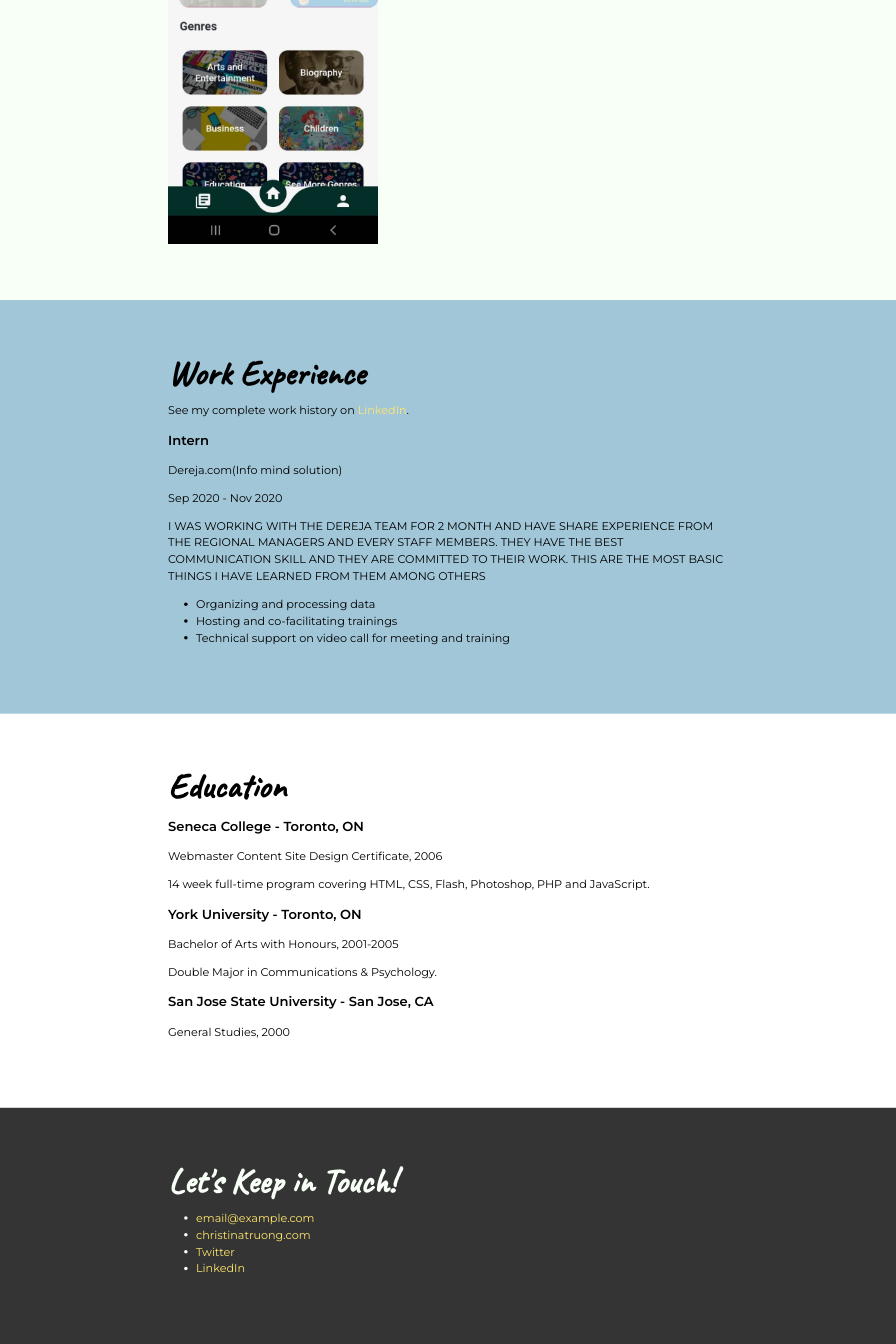
Repository: Aklilegetachew/my-Portfolio
Page: index.html
An editor plug-in stored every save of this project. The page is shown before and after the next save, followed by the edit.
The browser window is 1280 px wide. The pictures show the part of the page from y = 982 to 2902 px (the page is 2902 px tall before and 2878 px after), at 70% of full size.

Above is the page before, as saved 2021-11-23 17:14:45.

### index.html
<!DOCTYPE html>
<html lang="en">
  <head>
    <meta charset="UTF-8">
    <meta name="viewport" content="width=device-width, initial-scale=1.0">
    <title>Aklile Getachew, Software Engineer</title>
     <link href="https://fonts.googleapis.com/css?family=Caveat|Montserrat:400,600&display=swap" rel="stylesheet">
    <link rel="stylesheet" href="css/styles.css">
  </head>
  <body>
    <main>
      <!-- ***********************  ABOUT / PROFILE  *********************** -->
      <header>
        <div class="content-wrap">
          <h1>Aklile Getachew</h1>
          <h2>Software Developer + Graphics Designer</h2>

          <p>Motivated software engineering graduate and technology enthusiast seeking
            to pursue an opportunity with a growing organization that will utilize and
            enhance my knowledge in software development or Information Technology</p>
          <p>I’m also exploring more creative pursuits on Graphic designing </p>
        </div>
      </header>

      <!-- ********************  PROJECTS / PORTFOLIO  ********************* -->
      <section class="projects">
        <div class="content-wrap divider">
          <h2>Featured Projects</h2>
          <p>View selected projects below. More information can be found at <a href="http://christinatruong.com">my gitlab account. </a>.</p>

          <!-- Project 1 -->
          <section class="project-item">
            <img src="images/brana-home.jpg" alt="brana-home-page">
            <h3>Brana Mobile application</h3>
            <p>Brana Audiobook Purchasing Application will provide audio books in different local languages
              for different target groups. Our application will provide book for students, readers, scientist,
              engineers, and researchers. This audio books will be from different category and with different
              genre to address most of the social groups.</p>
            <a class="btn" href="https://gitlab.com/bisrathailu793/brana/-/tree/master" target="_blank">See on Gitlab </a>
          </section>

          <!-- Project 2
          <section class="project-item">
            <img src="images/project-women-tech.jpg" alt="website thumbnail">
            <h3>Women&&Tech</h3>
            <p>Women&&Tech was launched in 2012 to feature interviews with different women working in the tech industry. I became familiar with them when I was invited to be one of the interviewees! A few years later, I joined the team and helped with the relaunch of the site as the front-end architect.</p>
            <a class="btn" href="http://christinatruong.com/projects/women-and-tech-redesign.html" target="_blank">View the case study</a>
          </section>

           Project 3
          <section class="project-item">
            <img src="images/project-wire-ipsum.jpg" alt="website thumbnail">
            <h3>The Wire Ipsum</h3>
            <p>After coming back from teaching a JavaScript workshop, I felt inspired to create something just for fun. I realized that of all the content/lorem ipsum generators available, there was nothing for HBO’s The Wire fans. I searched for <a href="http://thewireipsum.com" target="_blank">thewireipsum.com</a> domain and it was available! Generate some content for your projects today.</p>
            <a class="btn" href="http://thewireipsum.com" target="_blank">View live site</a>
          </section>-->
        </div>
      </section>

      <!-- ***********************  WORK EXPERIENCE  *********************** -->
      <section class="work-experience">
        <div class="content-wrap divider">
          <h2>Work Experience</h2>
          <p>See my complete work history on <a href="https://www.linkedin.com/in/aklile-getachew-673050181/">LinkedIn</a>.</p>

          <!-- Job 1 -->
          <section class="job-item">
            <div class="job-details">
              <h3>Intern</h3>
              <p>Dereja.com(Info mind solution) </p>
              <p>Sep 2020 - Nov 2020</p>
            </div>
            <div class="job-summary">
              <p>I WAS WORKING WITH THE DEREJA TEAM FOR 2 MONTH AND HAVE
                SHARE EXPERIENCE FROM THE REGIONAL MANAGERS AND EVERY
                STAFF MEMBERS. THEY HAVE THE BEST COMMUNICATION SKILL
                AND THEY ARE COMMITTED TO THEIR WORK. THIS ARE THE MOST
                BASIC THINGS I HAVE LEARNED FROM THEM AMONG OTHERS</p>
              <ul>
                <li>Organizing and processing data</li>
                <li>Hosting and co-facilitating trainings</li>
                <li>Technical support on video call for meeting and training</li>
              </ul>
            </div>
          </section>
        </div>
      </section>

      <!-- ******************  EDUCATION & CERTIFICATIONS ****************** -->
      <section class="education item-details">
        <div class="content-wrap">
          <h2>Education</h2>

          <section>
            <h3>Seneca College - Toronto, ON</h3>
            <p>Webmaster Content Site Design Certificate, 2006</p>
            <p>14 week full-time program covering HTML, CSS, Flash, Photoshop, PHP and JavaScript.</p>
          </section>

          <section>
            <h3>York University - Toronto, ON</h3>
            <p>Bachelor of Arts with Honours, 2001-2005</p>
            <p>Double Major in Communications & Psychology.</p>
          </section>

          <section>
            <h3>San Jose State University - San Jose, CA</h3>
            <p>General Studies, 2000</p>
          </section>
        </div>
      </section>

      <!-- *****************  CONTACT INFO / SOCIAL MEDIA  ***************** -->
      <footer>
        <div class="content-wrap">
          <h2>Let's Keep in Touch!</h2>

          <!-- Social media and contact links. Add or remove any networks. -->
          <ul class="contact-list">
            <li><a href="mailto:email@example.com">email@example.com</a></li>
            <li><a href="http://christinatruong.com" target="_blank">christinatruong.com</a></li>
            <li><a href="http://twitter.com/christinatruong" target="_blank">Twitter</a></li>
            <li><a href="#" target="_blank">LinkedIn</a></li>
          </ul>
        </div>
      </footer>
    </main>
  </body>
</html>

### css/styles.css
/*
COLOR PALETTE
https://coolors.co/f7fff7-343434-2f3061-ffe66d-a1c6d7
#F7FFF7 - almost white
#343434 - dark gray - almost black
#2F3061 - blue dark
#FFE66D - yellow
#A1C6D7 - blue light
*/

/* global
======================================================*/
img{
    width: 300px;
    height: 640px;
}
a{
    color: #FFE66D ;
    text-decoration: none;
}
body{
    margin: 0;
    padding: 0;
    font-family: 'Montserrat', sans-serif;
    line-height: 1.5em;
}
h1{
    font-size: 90px;
    margin: 0;

}
h2{
    margin: 0;
    font-size: 50px;
}
h1, h2 {
    font-family: 'Caveat', cursive;
    line-height: 1em;
}
.content-wrap{
    width: 800px;
    margin: 0 auto;
    padding: 80px 0;
}

/* Heading
======================================================*/
header{
    background-color: #2F3061 ;
    color: #F7FFF7;
}



/* projects
======================================================*/

.projects{
    background-color: #F7FFF7 ;

}

.project-item{
    clear: both;
    margin-top: 60px;
    display: inline-block;
}
.project-item h3{
    margin-top: 0;
}

.project-item img{
    float: left;
    margin-right: 20px;
    width: 300px;
    height: 640px;
}

.projects a{
    color: #343434 ;

}
.projects .btn{
    color: #F7FFF7;
    background-color: #2F3061;
    text-decoration: none;
    padding: 8px;
    border-radius: 4px;
    display: inline-block;
}

/* Work experiance
=======================================================*/
.work-experience{
    background-color: #A1C6D7;

}

/* footer
=======================================================*/
footer{
    background-color: #343434 ;
    color: #F7FFF7;
}

After the next save:
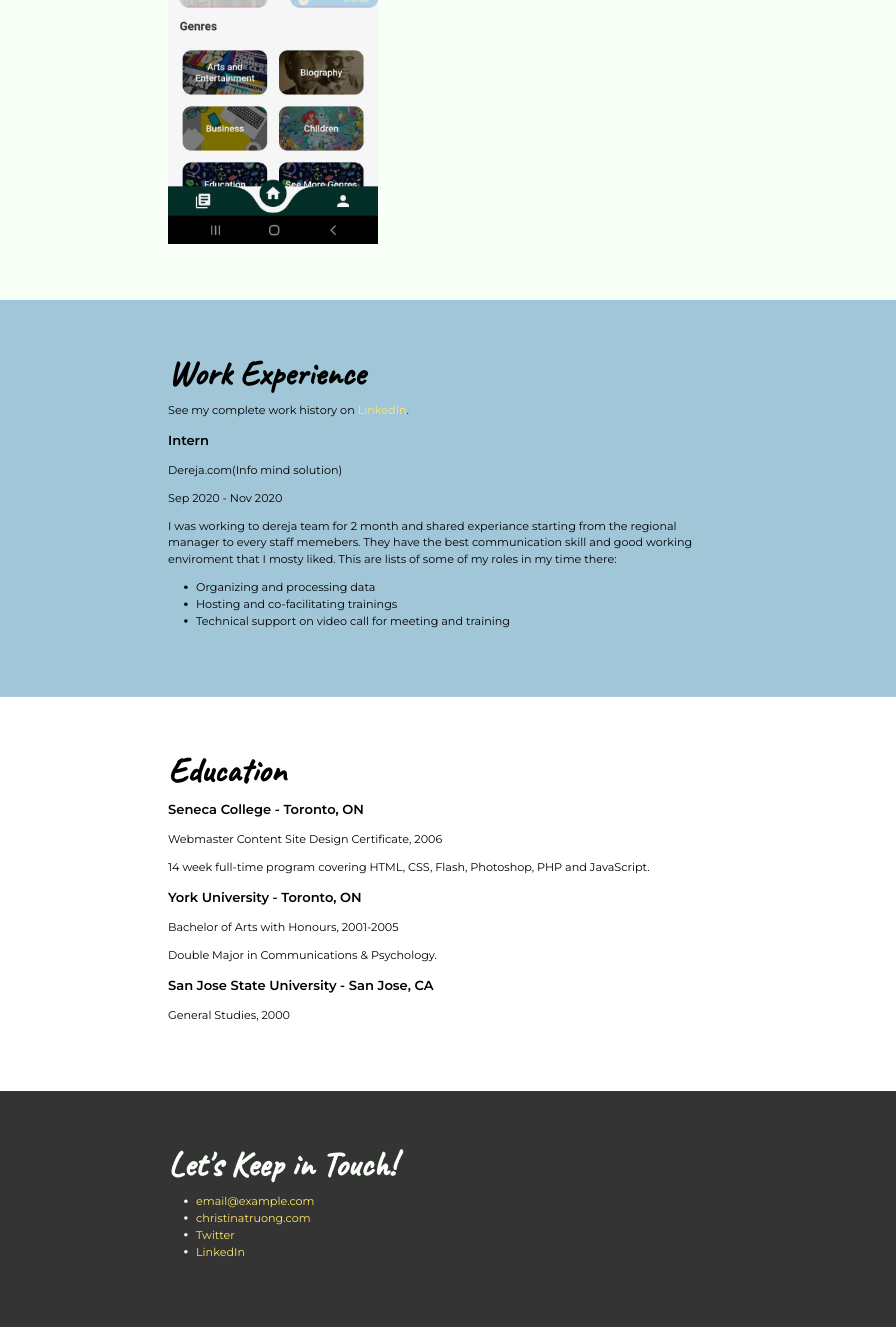
Saved 9 min 22 s later.
--- a/index.html
+++ b/index.html
@@ -71,11 +71,7 @@
               <p>Sep 2020 - Nov 2020</p>
             </div>
             <div class="job-summary">
-              <p>I WAS WORKING WITH THE DEREJA TEAM FOR 2 MONTH AND HAVE
-                SHARE EXPERIENCE FROM THE REGIONAL MANAGERS AND EVERY
-                STAFF MEMBERS. THEY HAVE THE BEST COMMUNICATION SKILL
-                AND THEY ARE COMMITTED TO THEIR WORK. THIS ARE THE MOST
-                BASIC THINGS I HAVE LEARNED FROM THEM AMONG OTHERS</p>
+              <p>I was working to dereja team for 2 month and  shared experiance starting from the regional manager to every staff memebers. They have the best communication skill and good working enviroment that I mosty liked. This are lists of some of my roles in my time there:</p>
               <ul>
                 <li>Organizing and processing data</li>
                 <li>Hosting and co-facilitating trainings</li>
